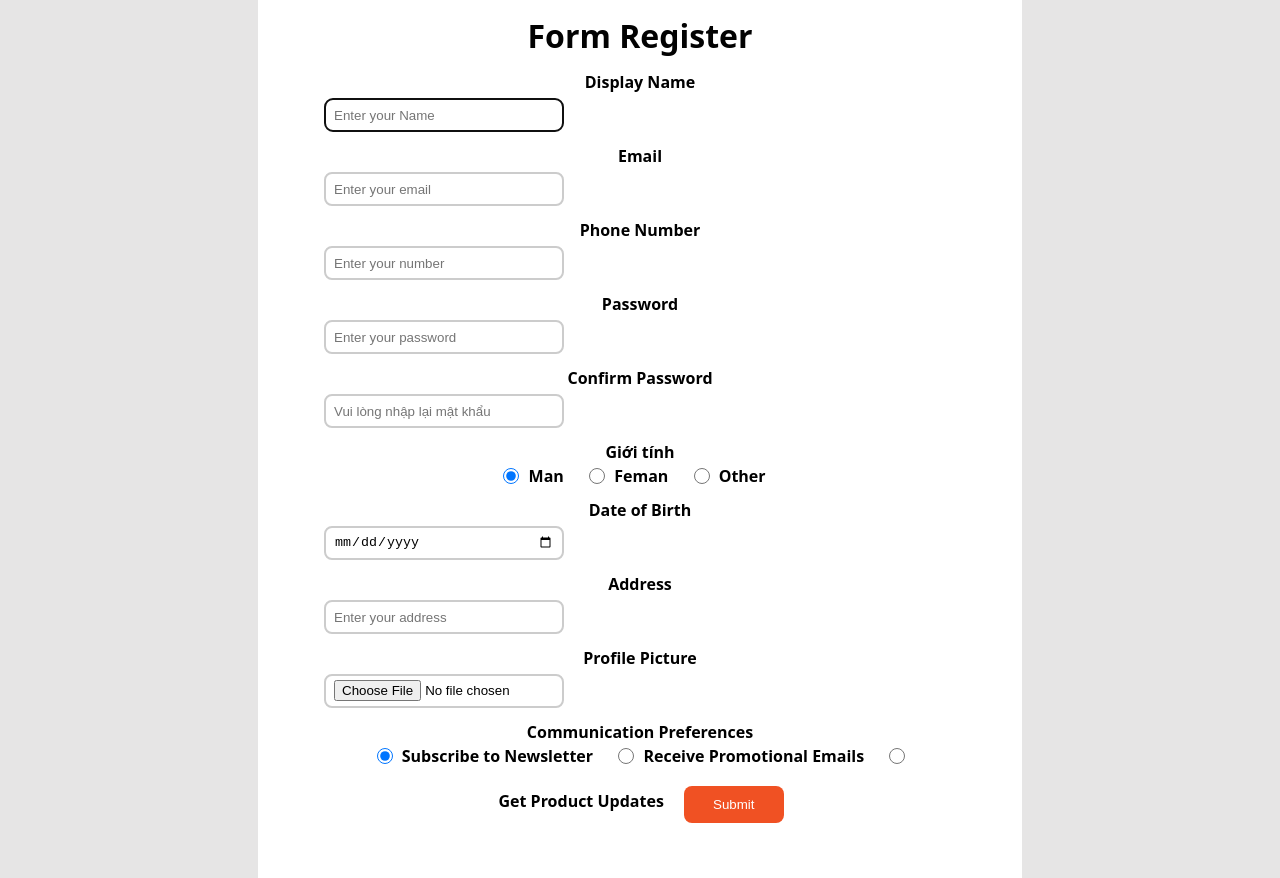
Repository: lannguyen1301/f8-zoom-day-4
Page: form.html
An editor plug-in stored every save of this project. The page is shown before and after a run of saves, followed by the edit.
The browser window is 1280 px wide. The pictures show the whole page.

Above is the page before, as saved 2025-04-19 22:48:58.

### form.html
<!DOCTYPE html>
<html lang="en">

<head>
    <meta charset="UTF-8">
    <meta name="viewport" content="width=device-width, initial-scale=1.0">
    <title>Form Register</title>
    <link rel="stylesheet" href="./assets/css/reset.css">
    <link rel="stylesheet" href="./assets/css/style.css">
    <link rel="stylesheet" href="./assets/css/form-resgiter.css">
</head>

<body>
    <div class="content">
        <h1 class="title-desc">Form Register</h1>
        <div class="top-desc">
            <form action="https://api-gateway.fullstack.edu.vn/action_page.php" method="post" autocomplete="off">
                <div class="form-group">
                    <label for="name">Display Name</label>
                    <input type="text" name="name" id="name" maxlength="20" minlength="5" pattern="[A-Za-z0-9]+"
                        size="30" placeholder="Enter your Name" required autocomplete="on" spellcheck="false" readonly
                        autofocus>
                </div>
                <div class="form-group">
                    <label for="email">Email</label>
                    <input type="email" name="email" id="email" placeholder="Enter your email" required
                        pattern="[a-z0-9._%+-]+@[a-z0-9.-]+\.[a-z]{2,}$" autocomplete="on" spellcheck="false"
                        inputmode="email" onchange="alert('Email của bạn đã thay đổi!')">
                </div>
                <div class="form-group">
                    <label for="phone">Phone Number</label>
                    <input type="tel" name="phone" id="phone" placeholder="Enter your number" required
                        pattern="^\+?[0-9]{10,15}$" maxlength="15" minlength="10" autocomplete="tel"
                        onchange="alert('Số điện thoại của bạn đã thay đổi!')" inputmode="tel">
                </div>
                <div class="form-group">
                    <label for="password">Password</label>
                    <input type="password" name="password" id="password" placeholder="Enter your password" readonly
                        required maxlength="20" minlength="8"
                        pattern="(?=.*\d)(?=.*[a-z])(?=.*[A-Z])(?=.*[@#$%^&+=]).{8,}" autocomplete="current-password"
                        autofocus spellcheck="false">
                </div>
                <div class="form-group">
                    <label for="confirm-password">Confirm Password</label>
                    <input type="password" name="confirm-password" id="confirm-password"
                        placeholder="Vui lòng nhập lại mật khẩu" required autocomplete="new-password" maxlength="20"
                        minlength="8">
                </div>
                <div class="form-group">
                    <label for=""> Giới tính</label>
                    <input type="radio" name="gender" id="male" value="male" required autofocus checked>
                    <label for="male">Man</label>
                    <input type="radio" name="gender" id="female" value="female" required autofocus>
                    <label for="female">Feman</label>
                    <input type="radio" name="gender" id="other" value="other" required autofocus>
                    <label for="other">Other</label>
                </div>
                <div class="form-group">
                    <label for="birthday">Date of Birth</label>
                    <input type="date" name="birthday" id="birthday" required autocomplete="bday-day" min="1900-01-01"
                        max="">
                </div>
                <div class="form-group">
                    <label for="address">Address</label>
                    <input type="text" name="address" id="address" placeholder="Enter your address" readonly autofocus
                        spellcheck="false" pattern="[A-Za-z0-9\s,]+">
                </div>
                <div class="form-group">
                    <label for="profile">Profile Picture</label>
                    <input type="file" name="profile" id="profile" required accept="image/*" autofocus>
                </div>
                <div class="form-group">
                    <label for="">Communication Preferences</label>
                    <input type="radio" name="preferences" id="newsletter" required checked>
                    <label for="newsletter">Subscribe to Newsletter</label>
                    <input type="radio" name="preferences" id="promotional" required>
                    <label for="promotional">Receive Promotional Emails</label>
                    <input type="radio" name="preferences" id="update" required>
                    <label for="update">Get Product Updates</label>
                    <button type="submit" class="btn">Submit</button>
                </div>
            </form>
        </div>
    </div>
</body>

</html>

### assets/css/style.css
* {
    box-sizing: border-box;
}

body {
    margin: 0 auto;
    font-size: 16px;
    font-family: system-ui, "Segoe UI", Roboto, Helvetica, Arial, sans-serif,
        "Apple Color Emoji", "Segoe UI Emoji", "Segoe UI Symbol";
    background-color: #e6e5e5;
}

a {
    text-decoration: none;
}

.content {
    max-width: 764px;
    margin: inherit;
    padding: 20px 66px;
    background-color: #fff;
}

.top-desc {
    margin: 22px 0 35px;
    text-align: center;
}

.title-desc {
    /* margin: 30px 0; */
    font-size: 32px;
    color: #020202;
    font-weight: 900;
    text-align: center;
}

.list {
    margin: 20px 0;
    text-align: center;
    font-size: 16px;
    color: green;
    font-weight: 500;
}

.item {
    display: inline-block;
    margin: 0 20px;
    font-weight: 900;
    font-size: 1.5rem;
}

.link {
    color: inherit;
    padding: 10px;
}

.item:hover > .link {
    color: orange;
    background-color: #fafafa;
    padding: 10px;
    border-radius: 5px;
}

.infor-desc {
    margin-top: 8px;
    color: #020202;
}

.work-experience {
    text-transform: uppercase;
    font-weight: 500;
}

.company-top {
    width: 100%;
    margin-top: 16px;
    text-align: justify;
    display: flex;
    justify-content: space-between;
}

.company-left {
    display: inline-block;
}

.company-right {
    display: inline-block;
}

.company-left,
.company-right {
    font-weight: 500;
}

.company-bottom {
    margin-top: 20px;
}

.company-list {
    list-style: disc;
    margin-left: 28px;
    font-size: 13px;
    text-align: justify;
    line-height: 1.4;
}

.h2-desc {
    margin-top: 16px;
}

.company-bolt {
    font-weight: 500;
}

### assets/css/form-resgiter.css
form {
    margin-top: 20px;
}

.form-group {
    margin-top: 16px;
}

.form-group label,
.form-group input {
    display: block;
}

.form-group label {
    font-weight: 600;
}

.form-group input:not([type="radio"]):not([type="checkbox"]) {
    width: 240px;
    height: 34px;
    margin-top: 8px;
    padding: 4px 8px;
    border: 2px solid #ccc;
    border-radius: 8px;
}

.form-group input[type="radio"],
.form-group input[type="checkbox"],
.form-group input[type="radio"] + label,
.form-group input[type="checkbox"] + label {
    display: inline-block;
}

.form-group input[type="radio"] {
    width: 16px;
    height: 16px;
    margin-top: 8px;
}

.form-group input[type="radio"] + label {
    position: relative;
    top: -2px;
    margin-right: 16px;
    padding-left: 2px;
}

.form-group .btn {
    margin-top: 20px;
    padding: 10px 28px;
    border: 1px solid transparent;
    border-radius: 8px;
    color: #fff;
    background: #f05123;
    cursor: pointer;
}

.form-group .btn:hover {
    opacity: 0.9;
}

Loaded but not shown: assets/css/reset.css (common file)

After the next 2 saves:
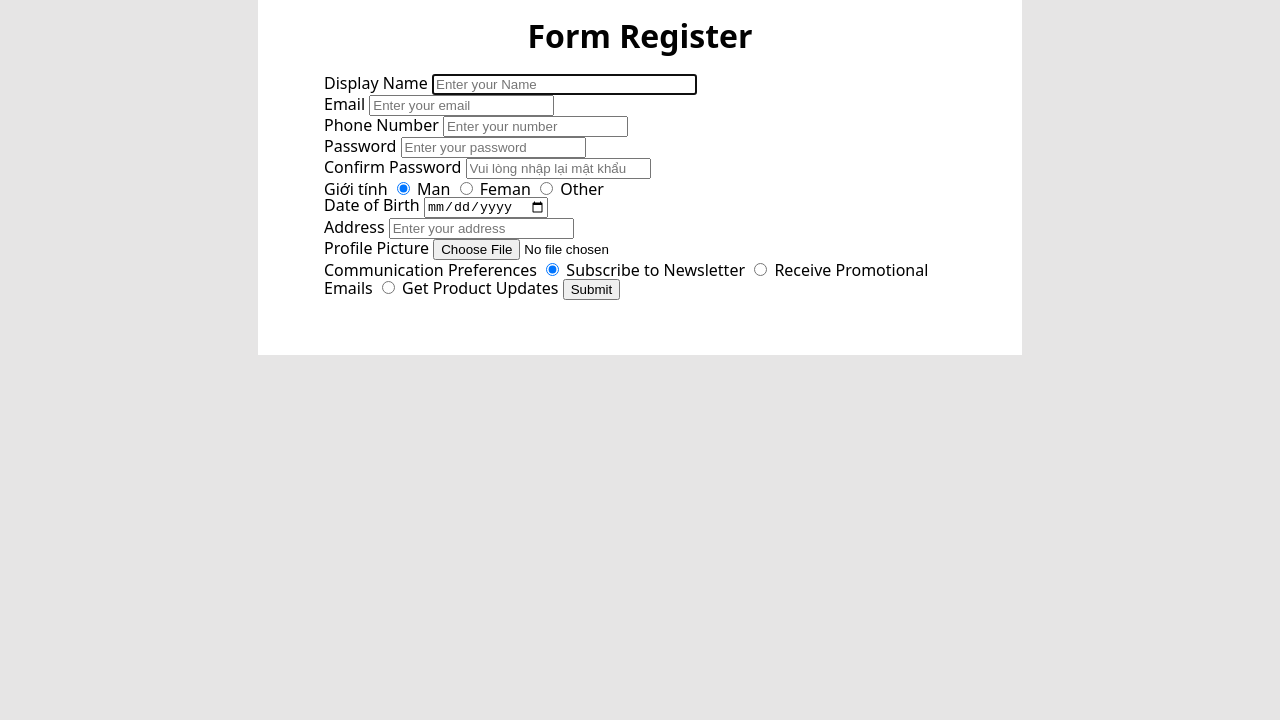
The 2 saves are shown as one change because they came seconds apart.
The last was saved 22 s later.
--- a/assets/css/form-resgiter.css
+++ b/assets/css/form-resgiter.css
@@ -1,59 +1,3 @@
-form {
-    margin-top: 20px;
+.top-desc {
+    text-align: left;
 }
-
-.form-group {
-    margin-top: 16px;
-}
-
-.form-group label,
-.form-group input {
-    display: block;
-}
-
-.form-group label {
-    font-weight: 600;
-}
-
-.form-group input:not([type="radio"]):not([type="checkbox"]) {
-    width: 240px;
-    height: 34px;
-    margin-top: 8px;
-    padding: 4px 8px;
-    border: 2px solid #ccc;
-    border-radius: 8px;
-}
-
-.form-group input[type="radio"],
-.form-group input[type="checkbox"],
-.form-group input[type="radio"] + label,
-.form-group input[type="checkbox"] + label {
-    display: inline-block;
-}
-
-.form-group input[type="radio"] {
-    width: 16px;
-    height: 16px;
-    margin-top: 8px;
-}
-
-.form-group input[type="radio"] + label {
-    position: relative;
-    top: -2px;
-    margin-right: 16px;
-    padding-left: 2px;
-}
-
-.form-group .btn {
-    margin-top: 20px;
-    padding: 10px 28px;
-    border: 1px solid transparent;
-    border-radius: 8px;
-    color: #fff;
-    background: #f05123;
-    cursor: pointer;
-}
-
-.form-group .btn:hover {
-    opacity: 0.9;
-}

After the save that followed:
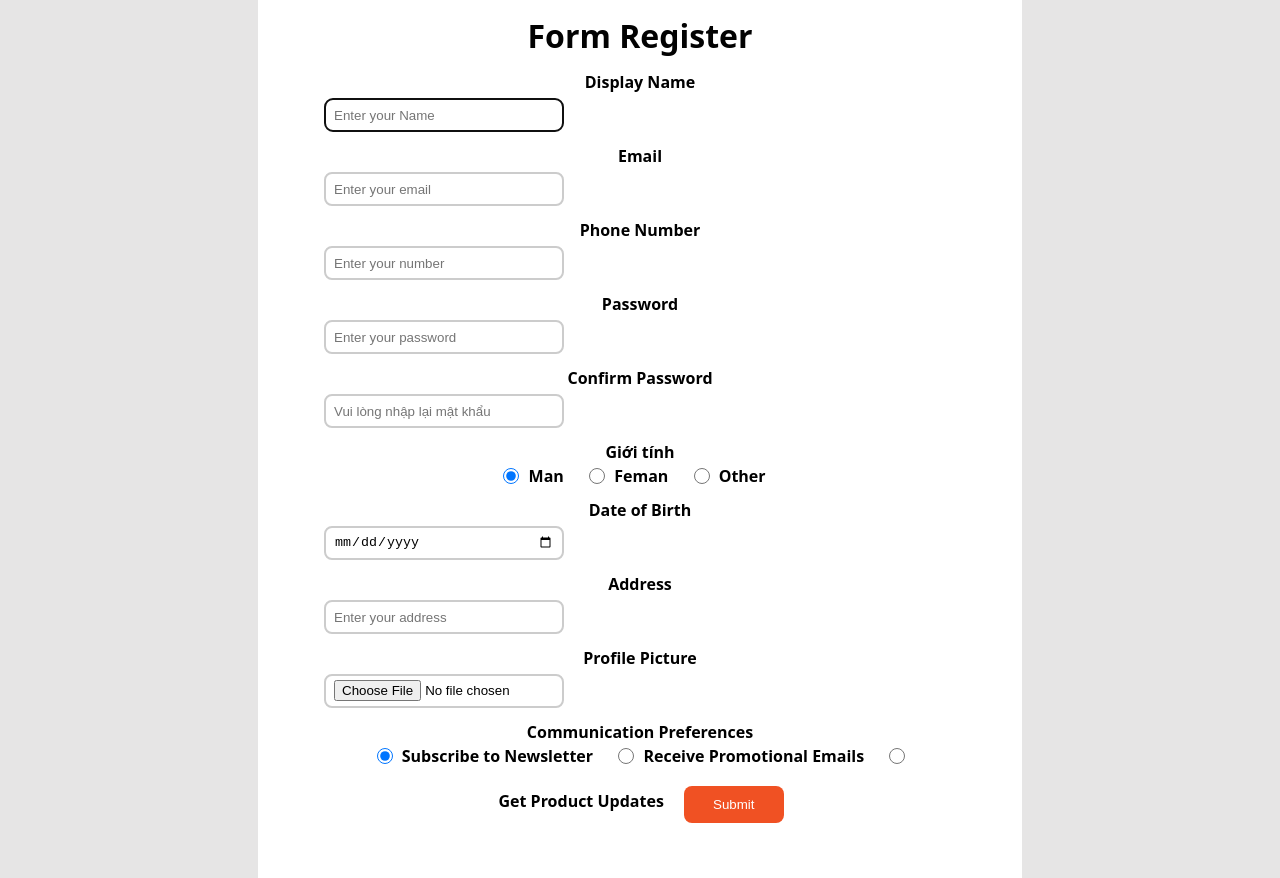
Saved 6 s later.
--- a/assets/css/form-resgiter.css
+++ b/assets/css/form-resgiter.css
@@ -1,3 +1,59 @@
-.top-desc {
-    text-align: left;
+form {
+    margin-top: 20px;
 }
+
+.form-group {
+    margin-top: 16px;
+}
+
+.form-group label,
+.form-group input {
+    display: block;
+}
+
+.form-group label {
+    font-weight: 600;
+}
+
+.form-group input:not([type="radio"]):not([type="checkbox"]) {
+    width: 240px;
+    height: 34px;
+    margin-top: 8px;
+    padding: 4px 8px;
+    border: 2px solid #ccc;
+    border-radius: 8px;
+}
+
+.form-group input[type="radio"],
+.form-group input[type="checkbox"],
+.form-group input[type="radio"] + label,
+.form-group input[type="checkbox"] + label {
+    display: inline-block;
+}
+
+.form-group input[type="radio"] {
+    width: 16px;
+    height: 16px;
+    margin-top: 8px;
+}
+
+.form-group input[type="radio"] + label {
+    position: relative;
+    top: -2px;
+    margin-right: 16px;
+    padding-left: 2px;
+}
+
+.form-group .btn {
+    margin-top: 20px;
+    padding: 10px 28px;
+    border: 1px solid transparent;
+    border-radius: 8px;
+    color: #fff;
+    background: #f05123;
+    cursor: pointer;
+}
+
+.form-group .btn:hover {
+    opacity: 0.9;
+}
